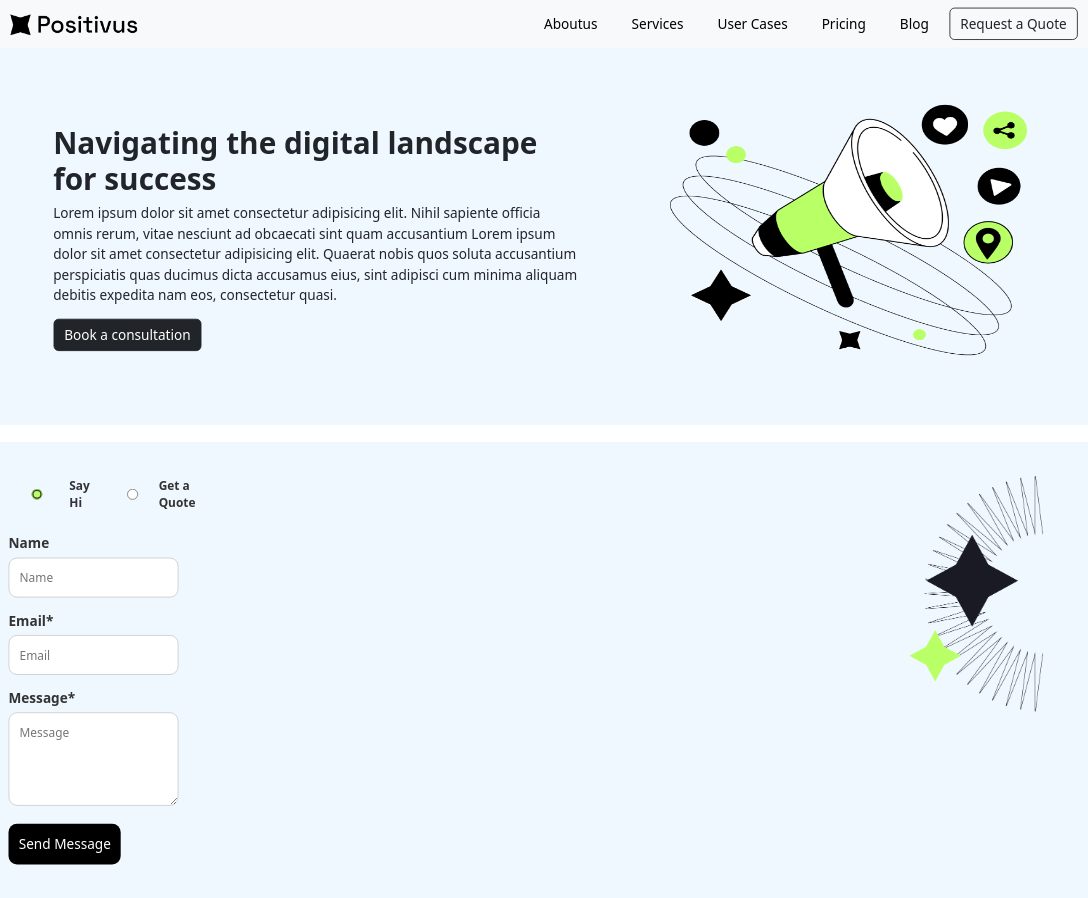
Repository: inshaabbas/CSS-Hackathon-SMIT
Page: index.html
These files come from the project's save history. The page is drawn as it stood at one moment and after the next save; the edit follows.
The browser window is 1280 px wide. The pictures show the whole page, at 85% of full size.

Above is the page before, as saved 2025-06-25 09:57:03.

After the next save:
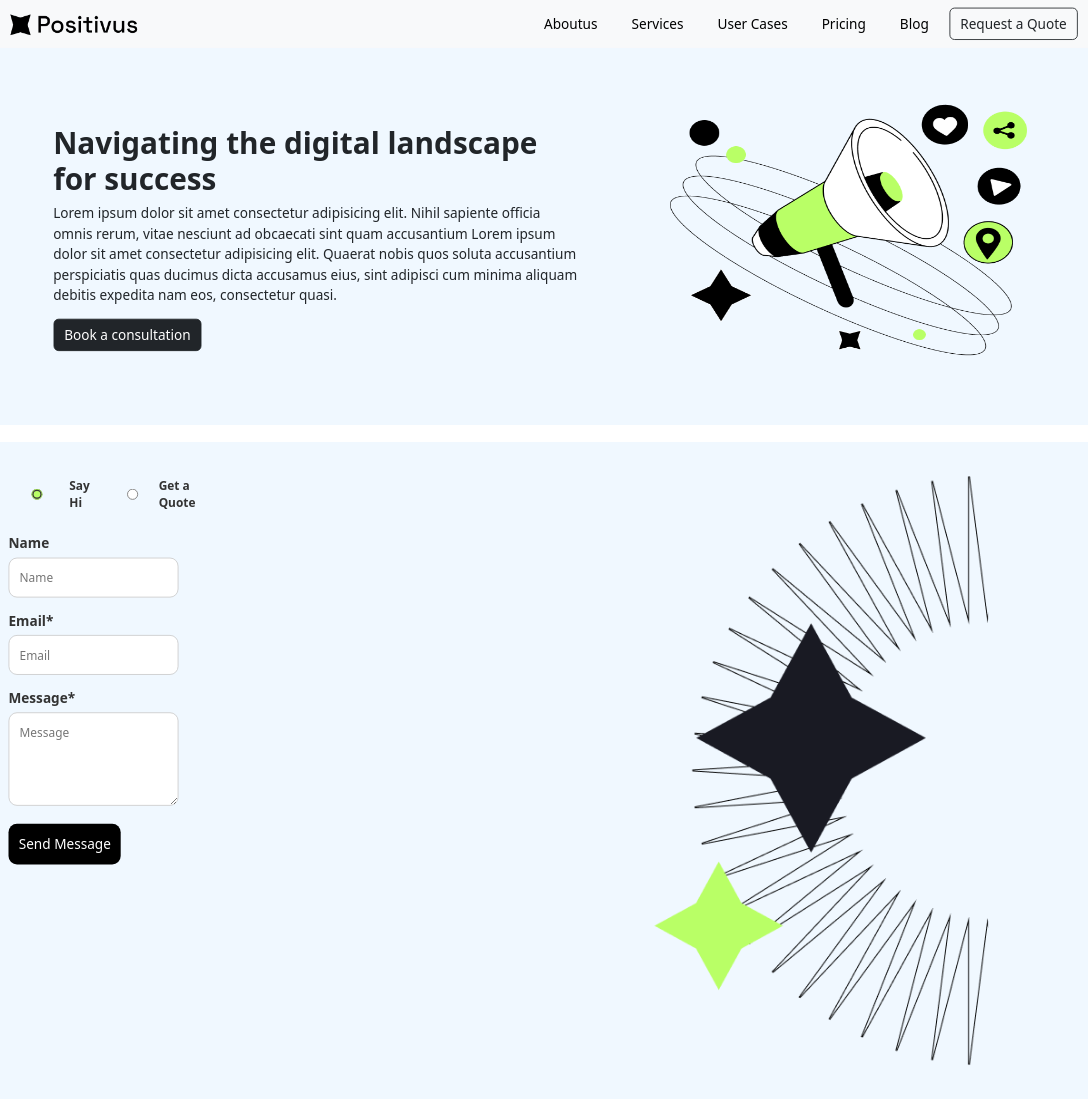
Saved 6 s later.
--- a/index.html
+++ b/index.html
@@ -94,7 +94,7 @@
         </form>
        </div>
       <div>
-        <img src="./Assets/Contact-img.png" alt="Contact img" width="200px">
+        <img src="./Assets/Contact-img.png" alt="Contact img" width="500px">
       </div>
      </section>
 
